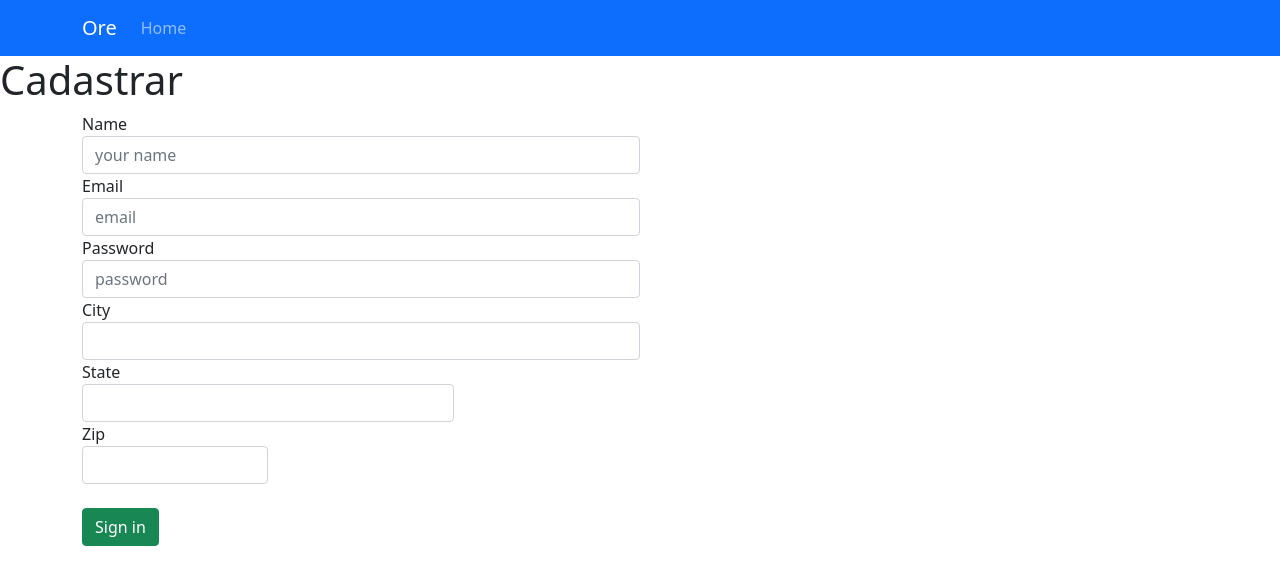
Repository: thf4/React-Front
Page: /cadastrar
An editor plug-in stored every save of this project. The page is shown before and after the next save, followed by the edit.
The browser window is 1280 px wide. The pictures show the whole page.
The project was rebuilt for these pictures with package versions that can differ from the ones it lists, and the page was loaded fresh each time. Also part of the build but not shown: src/config/index.js, src/pages/Home/index.js, src/pages/Vizualizar/index.js, src/pages/Editar/index.js.

Above is the page before, as saved 2021-05-07 13:38:49.

### src/App.js
import React from "react";
import { BrowserRouter as Router, Switch, Route } from "react-router-dom";
import { Home } from "./pages/Home/";
import { View } from "./pages/Vizualizar/";
import { Cadastrar } from "./pages/Cadastrar/";
import { Editar } from "./pages/Editar/";
import { Menu } from "./components/Menu";
import 'bootstrap/dist/css/bootstrap.min.css';
function App() {
  return (
    <div>
      <Menu />
      <Router>
        <Switch>
          <Route exact path="/" component={Home} />
          <Route path="/view" component={View} />
          <Route path="/cadastrar" component={Cadastrar} />
          <Route path="/editar" component={Editar} />
        </Switch>
      </Router>
    </div>
  );
}

export default App;

### src/pages/Cadastrar/index.js
import {
  Col,
  Button,
  Form,
  FormGroup,
  Label,
  Input,
  Row,
  Container,
} from "reactstrap";
import React, { useState } from "react";
import axios from "axios";
import { cad } from "../../config/cadastrar";

export const Cadastrar = () => {
  const [user, setUser] = useState({
    name: "",
    email: "",
    password: "",
    city: "",
    zip: "",
    state: "",
  });

  const valorInput = (e) =>
    setUser({ ...user, [e.target.name]: e.target.value });

  const cadUser = async (e) => {
    e.preventDefault();

    const headers = {
      "Content-Type": "application/json",
    };
    await axios.post(cad, user, { headers }).then((response) => {
      console.log(response);
    });
  };

  return (
    <div>
      <h1> Cadastrar </h1>
      <Form onSubmit={cadUser}>
        <Container>
          <Row form>
            <Col md={6}>
              <FormGroup>
                <Label for="name">Name</Label>
                <Input
                  type="text"
                  name="name"
                  id="exampleAddress"
                  placeholder="your name"
                  onChange={valorInput}
                />
              </FormGroup>
            </Col>
            <Col md={6}>
              <FormGroup>
                <Label for="Email">Email</Label>
                <Input
                  type="email"
                  name="email"
                  id="exampleEmail"
                  placeholder="email"
                  onChange={valorInput}
                />
              </FormGroup>
            </Col>
            <Col md={6}>
              <FormGroup>
                <Label for="password">Password</Label>
                <Input
                  type="password"
                  name="password"
                  id="examplePassword"
                  placeholder="password "
                  onChange={valorInput}
                />
              </FormGroup>
            </Col>
            <Col md={6}>
              <FormGroup>
                <Label for="exampleCity">City</Label>
                <Input
                  type="text"
                  name="city"
                  id="exampleCity"
                  onChange={valorInput}
                />
              </FormGroup>
            </Col>
            <Col md={4}>
              <FormGroup>
                <Label for="exampleState">State</Label>
                <Input
                  type="text"
                  name="state"
                  id="exampleState"
                  onChange={valorInput}
                />
              </FormGroup>
            </Col>
            <Col md={2}>
              <FormGroup>
                <Label for="exampleZip">Zip</Label>
                <Input
                  type="text"
                  name="zip"
                  id="exampleZip"
                  onChange={valorInput}
                />
              </FormGroup>
            </Col>
          </Row>
          <Button className="mt-4 btn-success" onSubmit={cadUser} href="">Sign in</Button>
        </Container>
      </Form>
    </div>
  );
};

### src/components/Menu.js
import React, { useState } from "react";
import {
  Collapse,
  Navbar,
  NavbarToggler,
  NavbarBrand,
  Nav,
  NavItem,
  NavLink,
  Container,
} from "reactstrap";
export const Menu = (props) => {
  const [isOpen, setIsOpen] = useState(false);
  const toggle = () => setIsOpen(!isOpen);

  return (
    <div>
      <Navbar color="primary" dark expand="md">
        <Container>
        <NavbarBrand href="/">Ore</NavbarBrand>
        <NavbarToggler onClick={toggle} />
        <Collapse isOpen={isOpen} navbar>
          <Nav className="mr-auto" navbar>
            <NavItem>
              <NavLink href="/">Home</NavLink>
            </NavItem>
          </Nav>
        </Collapse>
        </Container>
      </Navbar>
    </div>
  );
};

### src/config/cadastrar.js
export const cad = "http://localhost:3000/cadastrar"

Loaded but not shown: public/index.html (common file); src/index.js (common file); src/index.css (common file); src/reportWebVitals.js (common file)

After the next save:
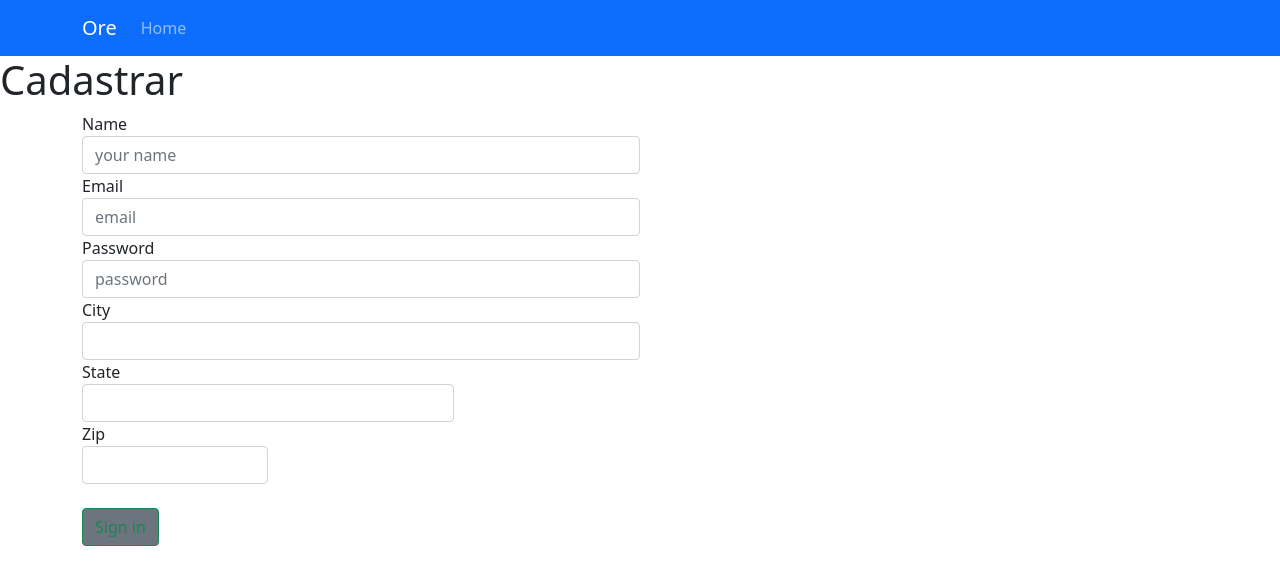
Saved 15 s later.
--- a/src/pages/Cadastrar/index.js
+++ b/src/pages/Cadastrar/index.js
@@ -112,7 +112,7 @@ export const Cadastrar = () => {
               </FormGroup>
             </Col>
           </Row>
-          <Button className="mt-4 btn-success" onSubmit={cadUser} href="">Sign in</Button>
+          <Button className="mt-4 btn-outline-success" onSubmit={cadUser} href="">Sign in</Button>
         </Container>
       </Form>
     </div>
